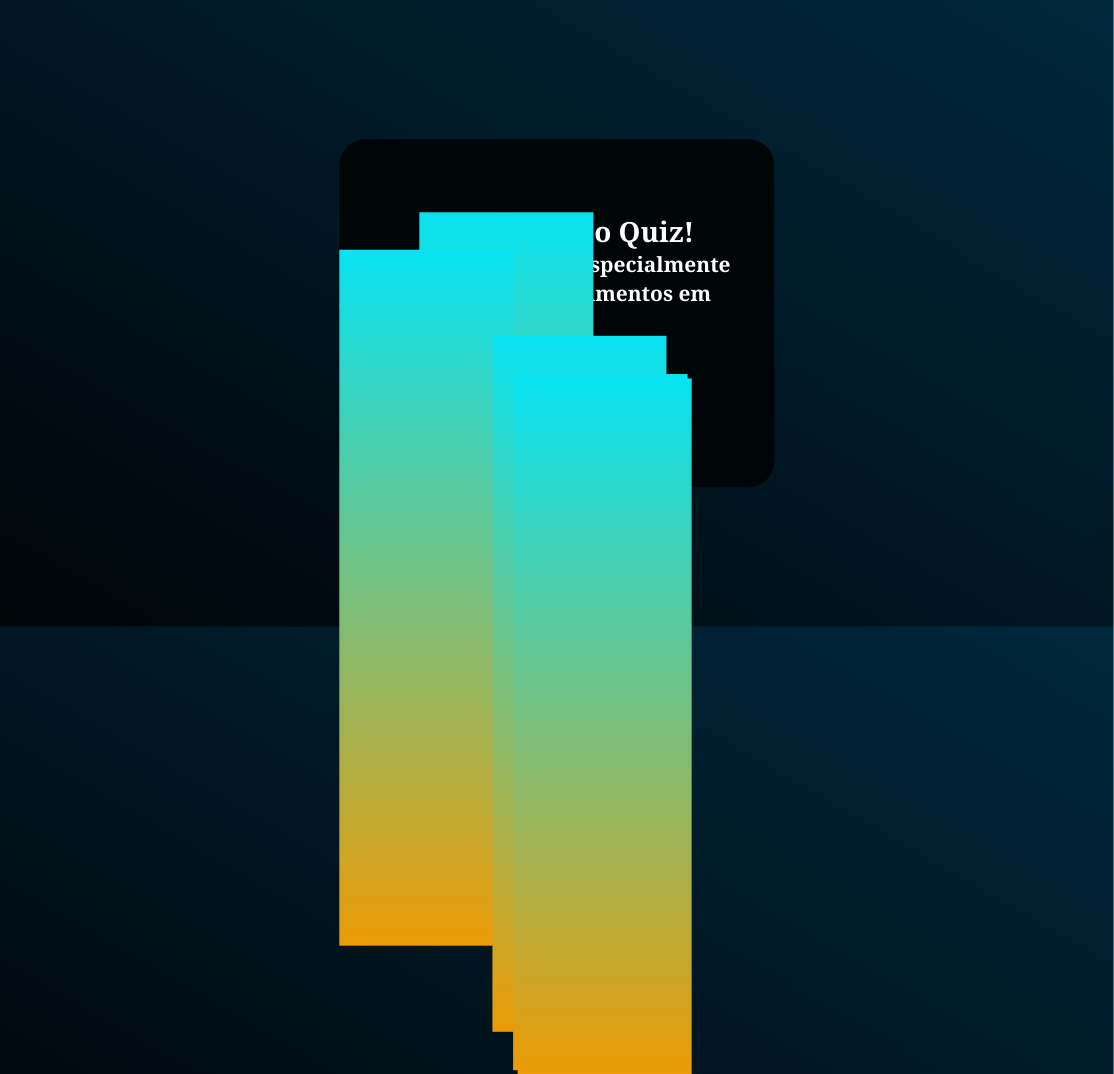
Repository: LaisSilvaO/Projeto-Quizz
Page: telas/apresentação.html
The author's editor kept a copy of each file at every save. The page is drawn from the files as they stood at one save, then again after the next save.
The browser window is 1280 px wide. The pictures show the whole page, at 87% of full size.

Above is the page before, as saved 2024-12-25 19:08:18.

### telas/apresentação.html
<!DOCTYPE html>
<html lang="pt-br">

<head>
    <meta charset="UTF-8">
    <meta name="viewport" content="width=device-width, initial-scale=1.0">
    <title>Quiz</title>
    <link rel="stylesheet" href="../img/tela.css">
</head>

<body>
    <div class="box1">
        <div class="box2">
            <H1> Bem-vindo ao Quiz!</H1>

            <h2>Este desafio foi criado especialmente para testar seus conhecimentos em tecnologia


            </h2>
            <h4>Informe seu nome </h4>
            <input type="text" id="nome">
            <A href="index.html">
                <h4><button>INCIAR O JOGO</button></h4>
            </A>
        </div>
    </div>

</body>

</html>

### img/tela.css
* {
  margin: 0;
  padding: 0;
  box-sizing: border-box;
  font-family: Cambria, Cochin, Georgia, Times, 'Times New Roman', serif;
}

body {
  height: 100vh;
  display: flex;
  justify-content: center;
  flex-direction: column;
  flex-wrap: wrap;
  align-items: center;
  gap: 5px;
  background: linear-gradient(210deg, #00283d, #000508)
}

main {
  background-color: white;
  padding: 10px;
  border-radius: 10px;
  width: 100%;
  max-width: 600px;
  min-height: 400px;
  display: flex;
  align-items: center;
  justify-content: center;
}

.content {
  display: flex;
  flex-direction: column;
  width: 100px;
  gap: 10px;
}

.qtddquestao {
  text-align: end;
}

.resposta {
  display: flex;
  flex-direction: column;
  gap: 5px;
}

button {
  width: 100px;
  text-align: start;
  padding: 5px;
  border: none;
  border-radius: 5px;
  cursor: pointer;
  background-color: grey;
  color: white;
}

.final {
  display: none;
  flex-direction: column;
  gap: 10px;
}

.box1 {
  display: flex;
  width: 100%;
  height: 100hv;
  justify-content: center;
  align-items: center;
}

.box2 {
  color: white;
  position: relative;
  width: 500px;
  height: 400px;
  background-color: #000508;
  border-radius: 30px;
  display: flex;

  justify-content: center;
  align-items: center;
  flex-direction: column
}

.box2 ::before{
  content: "";
  position: absolute;
  width: 200px;
  height: 200%;
  background: linear-gradient(180deg, #07e2f1, #eb9b05);
}

After the next save:
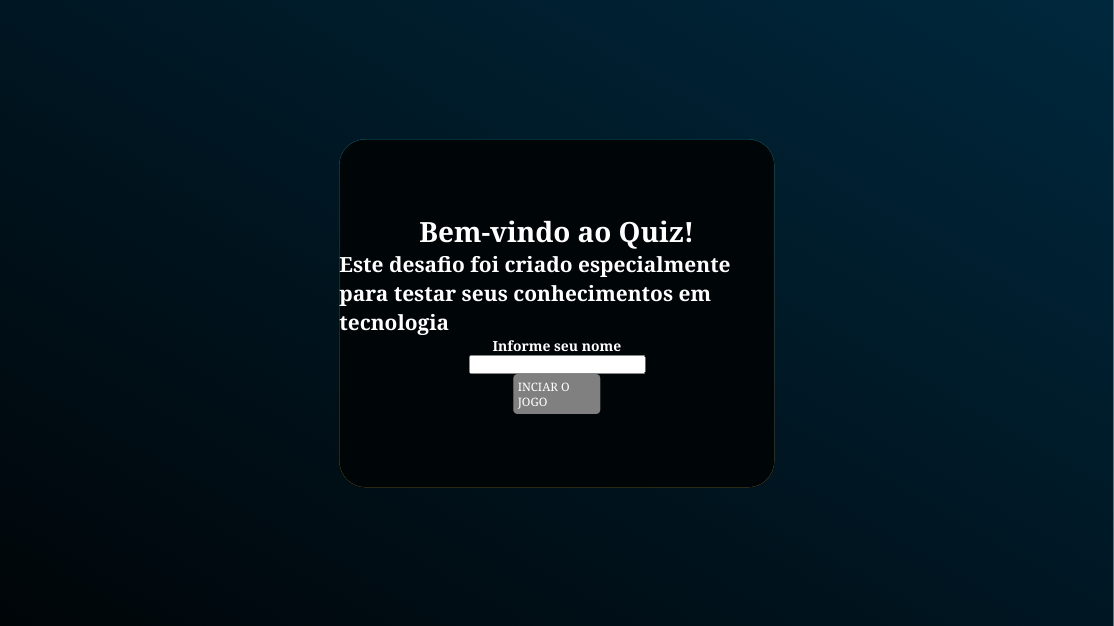
Saved 11 min 39 s later.
--- a/img/tela.css
+++ b/img/tela.css
@@ -84,10 +84,14 @@ button {
   flex-direction: column
 }
 
-.box2 ::before{
+.box2::before {
   content: "";
   position: absolute;
-  width: 200px;
-  height: 200%;
+  width: 100%; /* Ajustado para cobrir toda a largura da caixa */
+  height: 100%; /* Ajustado para cobrir toda a altura da caixa */
+  top: 0; /* Garantindo que o pseudo-elemento fique no topo da .box2 */
+  left: 0; /* Garantindo que o pseudo-elemento fique no lado esquerdo */
   background: linear-gradient(180deg, #07e2f1, #eb9b05);
+  border-radius: 30px; /* Mantém o arredondamento dos cantos da box */
+  z-index: -1; /* Coloca o pseudo-elemento atrás do conteúdo */
 }
